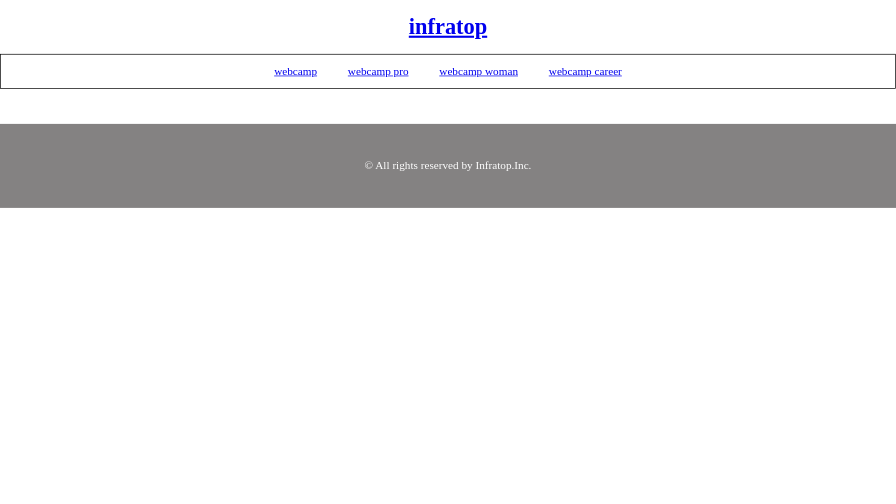
Repository: menyuu/test-html-CSS-practice
Page: exercise/chapter5_exercise.html
The author's editor kept a record of every edit. The page is drawn from the files as they stood at one moment, then again after the next edit.
The browser window is 1280 px wide. The pictures show the part of the page from y = 0 to 1920 px (the page is 720 px tall before and 2747 px after), at 70% of full size.

Above is the page before.

After the next edit:
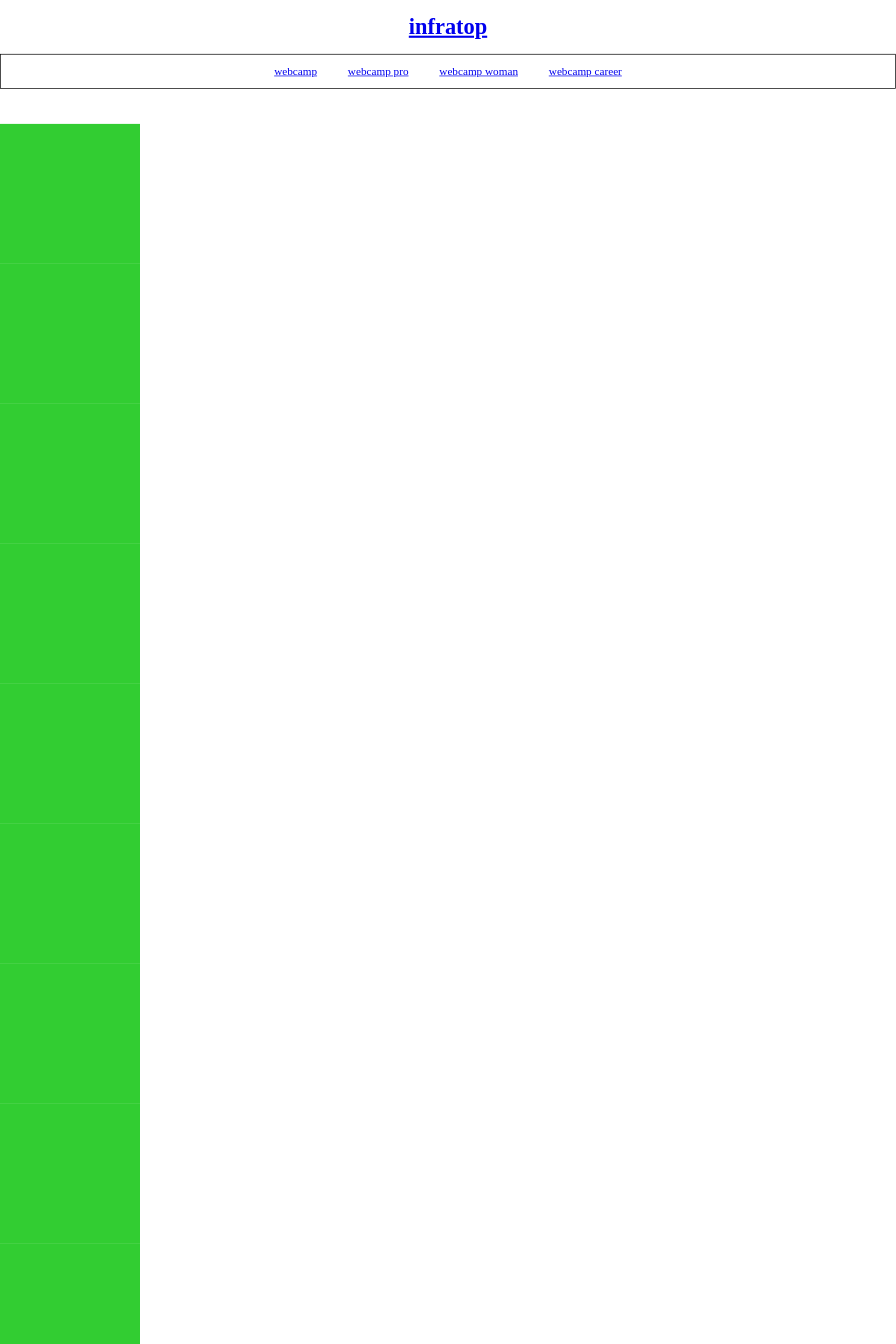
The edit:
--- a/exercise/chapter5_exercise.html
+++ b/exercise/chapter5_exercise.html
@@ -30,10 +30,19 @@
   </nav>
 
   <main>
-      <div class="main-item1"></div>
-      <div class="main-item2"></div>
-      <div class="main-item3"></div>
-      <div class="main-item4"></div>
+
+      <div class="main-box item1"></div>
+      <div class="main-box item2"></div>
+      <div class="main-box item3"></div>
+      <div class="main-box item4"></div>
+      <div class="main-box item5"></div>
+      <div class="main-box item6"></div>
+      <div class="main-box item7"></div>
+      <div class="main-box item8"></div>
+      <div class="main-box item9"></div>
+      <div class="main-box item10"></div>
+      <div class="main-box item11"></div>
+      <div class="main-box item12"></div>
 
   </main>
 
